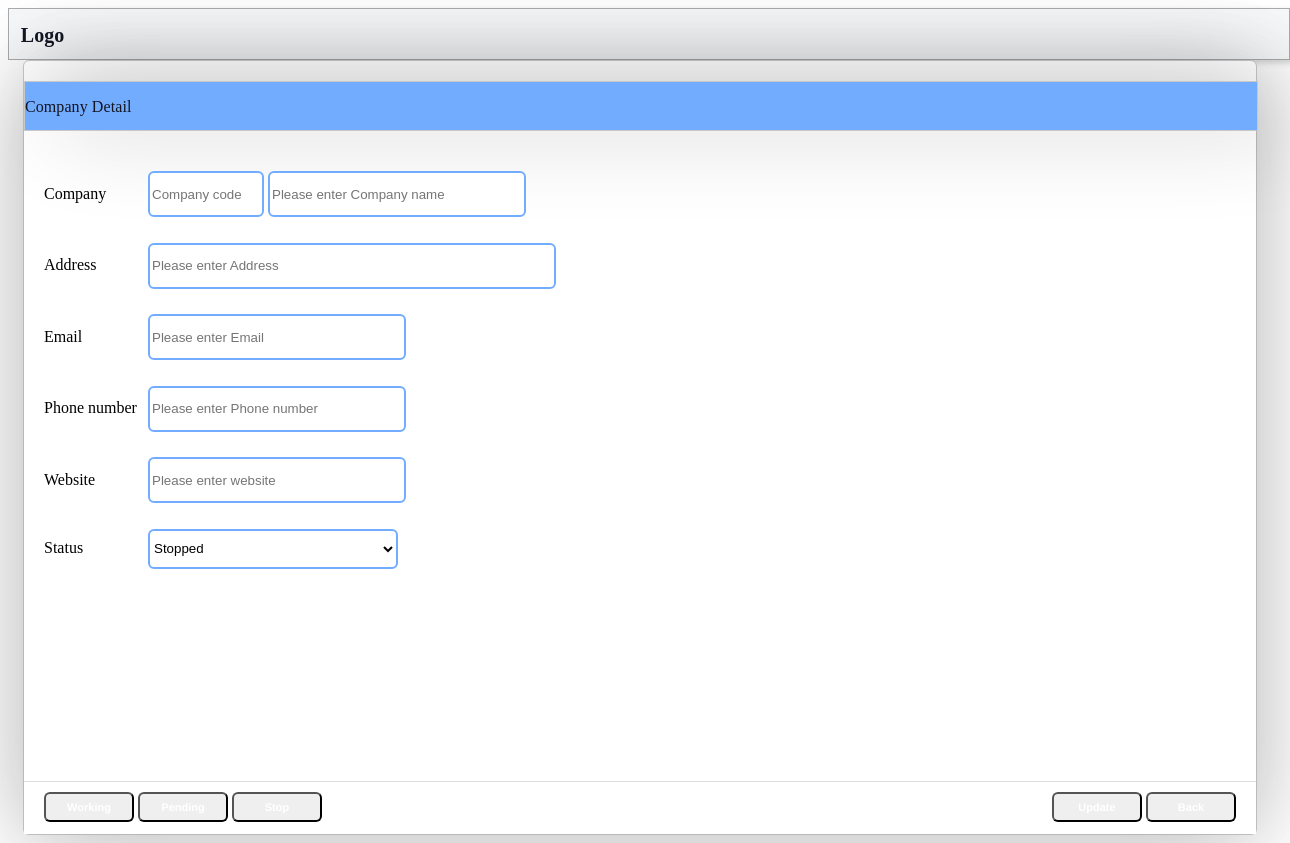
Repository: Zain1409/company
Page: client/html/CompanyDetail.html
An editor plug-in stored every save of this project. The page is shown before and after the next save, followed by the edit.
The browser window is 1280 px wide. The page is 1290 px wide, so the pictures cover 1290 px, including what lies to the right of the window. The pictures show the whole page.

Above is the page before, as saved 2021-04-04 21:42:44.

After the next save:
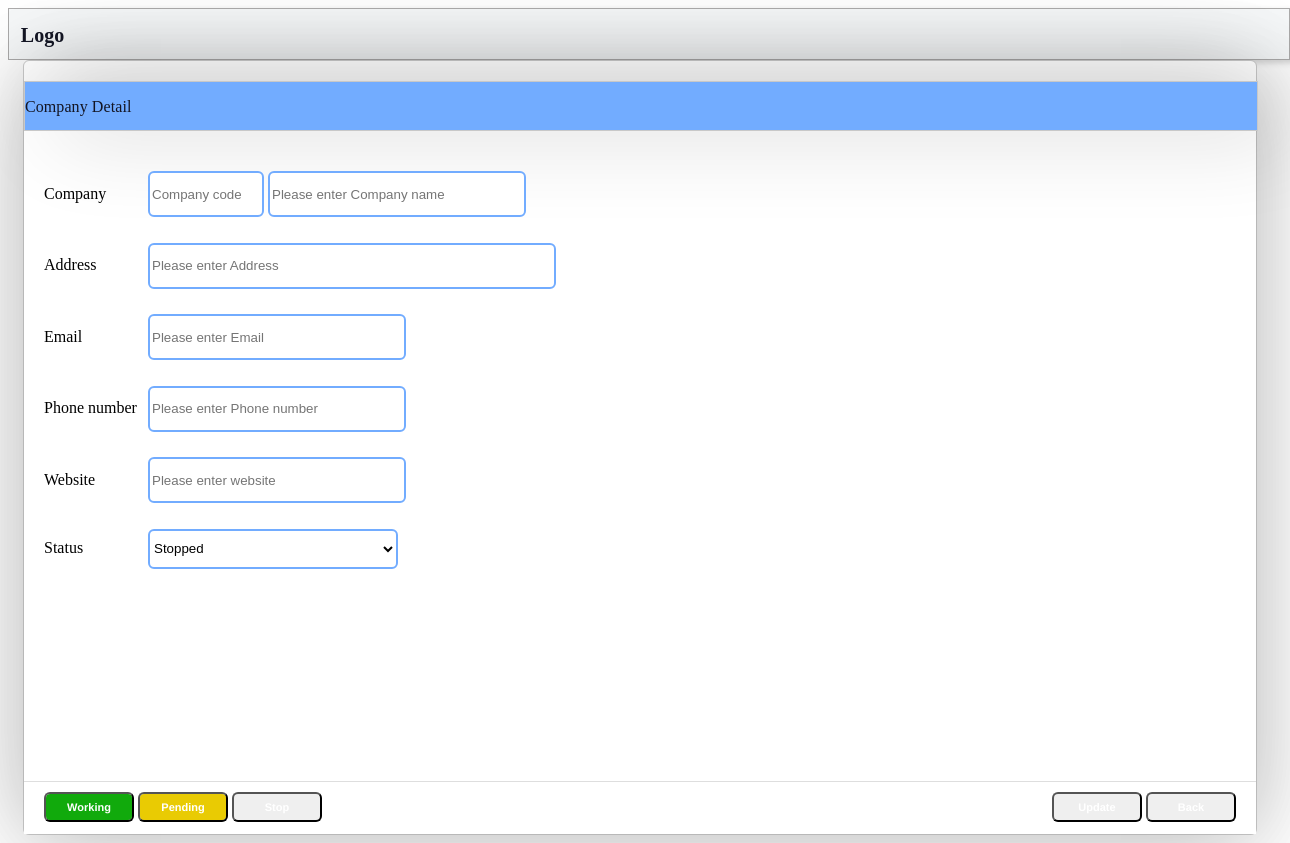
Saved 65 s later.
--- a/client/html/CompanyDetail.html
+++ b/client/html/CompanyDetail.html
@@ -42,8 +42,9 @@
             </form>
             <div id="footer">
                 <div id="button_left">
-                    <button>Working</button>
-                    <button>Pending</button>
+                    <button style="background: #11AA0C 0% 0% no-repeat padding-box;
+                    border-radius: 6px;">Working</button>
+                    <button style="background: #E9CB03 0% 0% no-repeat padding-box;">Pending</button>
                     <button>Stop</button>
                 </div>
                 <div id="button_right">
